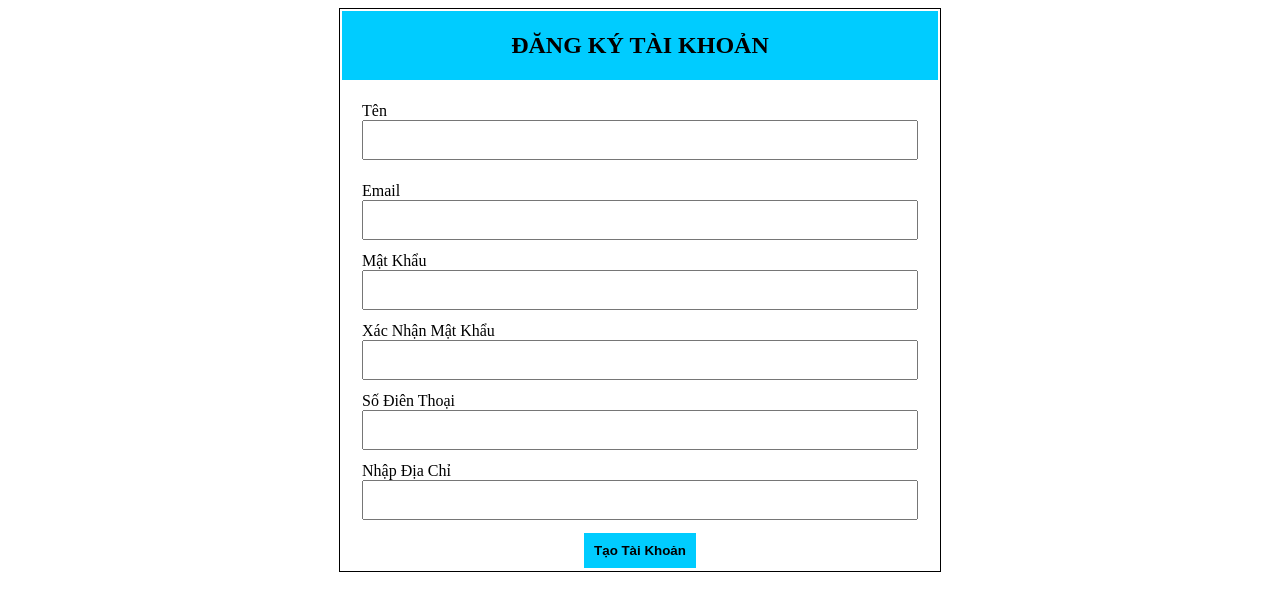
Repository: Tan-Khang21/TH_TKW--Buoi_04
Page: Bai_Tap_Ve_Nha/Bai_01/form7.html
These files come from the project's save history. The page is drawn as it stood at one moment and after the next save; the edit follows.
The browser window is 1280 px wide. The pictures show the whole page.

Above is the page before, as saved 2024-03-07 16:08:41.

### Bai_Tap_Ve_Nha/Bai_01/form7.html
<!DOCTYPE html>
<html lang="en">
  <head>
    <meta charset="UTF-8" />
    <meta name="viewport" content="width=device-width, initial-scale=1.0" />
    <title>Document</title>
  </head>
  <body>
    <form style="width: 600px; margin: 0 auto; border: 1px solid black;">
      <table style="width: 600px">
        <tr>
          <th bgcolor="#00ccff">
            <h2 style="text-transform: uppercase">Đăng Ký Tài Khoản</h2>
          </th>
        </tr>
        <tr>
            <td style="padding: 20px">
              <span>Tên</span>
              <br />
              <input
                type="text"
                style="width: 100%; height: 40px; box-sizing: border-box"
              />
            </td>
          </tr>
        <tr>
          <td style="padding: 0px 20px 10px 20px">
            <span>Email</span>
            <br />
            <input
              type="email"
              style="width: 100%; height: 40px; box-sizing: border-box"
            />
          </td>
        </tr>
        <tr>
          <td style="padding: 0 20px 10px 20px">
            <span>Mật Khẩu</span>
            <br />
            <input
              type="password"
              style="width: 100%; height: 40px; box-sizing: border-box"
            />
          </td>
        </tr>
        <tr>
          <td style="padding: 0 20px 10px 20px">
            <span>Xác Nhận Mật Khẩu</span>
            <br />
            <input
              type="password"
              style="width: 100%; height: 40px; box-sizing: border-box"
            />
          </td>
        </tr>
        <tr>
          <td style="padding: 0 20px 10px 20px">
            <span>Số Điên Thoại</span>
            <br />
            <input
              type="tel"
              style="width: 100%; height: 40px; box-sizing: border-box"
            />
          </td>
        </tr>
        <tr>
          <td style="padding: 0 20px 10px 20px">
            <span>Nhập Địa Chỉ</span>
            <br />
            <input
              type="number"
              style="width: 100%; height: 40px; box-sizing: border-box"
            />
          </td>
        </tr>

        <tr>
            <th>
                <input style="background-color: #00ccff;border: none; ext-transform: uppercase; padding: 10px; font-weight: bold;" type="submit" value="Tạo Tài Khoản">
            </th>
        </tr>
      </table>
    </form>
  </body>
</html>

After the next save:
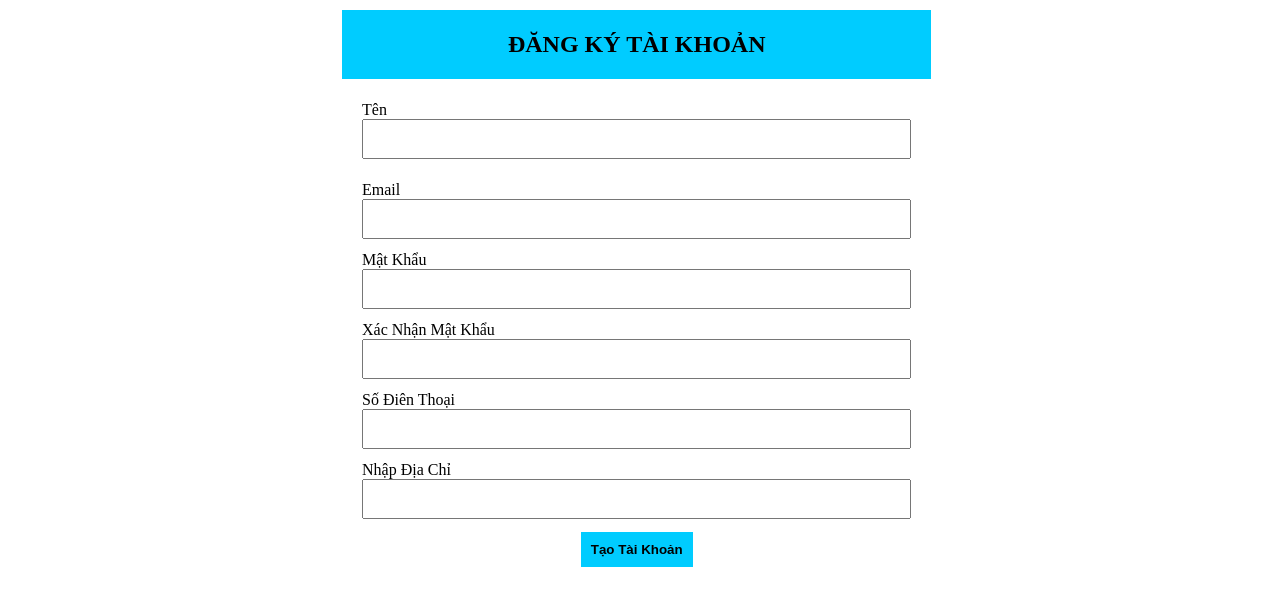
Saved 64 s later.
--- a/Bai_Tap_Ve_Nha/Bai_01/form7.html
+++ b/Bai_Tap_Ve_Nha/Bai_01/form7.html
@@ -6,7 +6,7 @@
     <title>Document</title>
   </head>
   <body>
-    <form style="width: 600px; margin: 0 auto; border: 1px solid black;">
+    <form style="width: 600px; margin: 0 auto; box-shadow: ;">
       <table style="width: 600px">
         <tr>
           <th bgcolor="#00ccff">
@@ -78,6 +78,7 @@
             <th>
                 <input style="background-color: #00ccff;border: none; ext-transform: uppercase; padding: 10px; font-weight: bold;" type="submit" value="Tạo Tài Khoản">
             </th>
+            <td></td>
         </tr>
       </table>
     </form>
